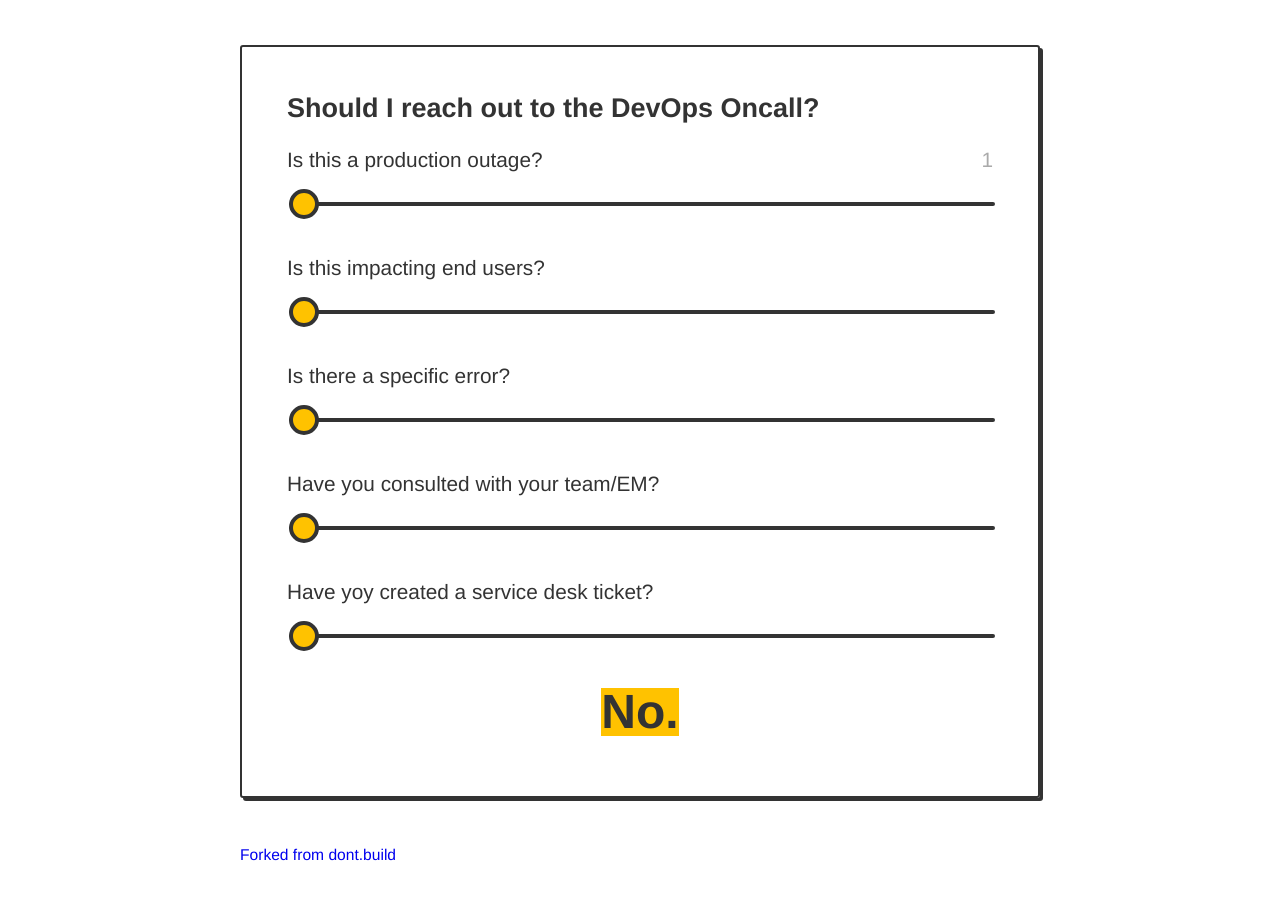
Repository: harishbsrinivas/dont.call
Page: index.html
These files come from the project's save history. The page is drawn as it stood at one moment and after the next save; the edit follows.
The browser window is 1280 px wide. The pictures show the whole page.

Above is the page before, as saved 2022-12-03 19:03:39.
Console error: TypeError: Cannot set properties of null (setting 'value')

### index.html
<!DOCTYPE html>
<html lang="en-US">

<head>
    <meta charset="utf-8" />
    <title>Should I reach out to the DevOps oncall?</title>
    <meta name="description"
        content="A simple, opinionated decision system to help decide whether to reach out to the Devops oncall?" />
    <link rel="shortcut icon" href="https://dont.build/favicon.png" />
    <meta property="og:image" content="https://dont.build/thumb.png">
    <meta name="viewport" content="width=device-width, initial-scale=1" />
    <link href="style.css?v=2" rel="stylesheet" type="text/css" />
</head>

<body>

    <div class="container">
        <section class="box">
            <h1 class="title">Should I reach out to the DevOps Oncall?</h1>
            <br />
            <form class="form">
                <fieldset class="p-outage">
                    <span class="value"></span>
                    <label>Is this a production outage?</label>
                    <input type="range" min="1" max="2" step="1" value="1" />
                </fieldset>
                <fieldset class="p-impact">
                    <span class="value"></span>
                    <label>Is this impacting end users?</label>
                    <input type="range" min="1" max="3" step="1" value="1" />
                </fieldset>
                <fieldset class="p-error">
                    <span class="value"></span>
                    <label>Is there a specific error?</label>
                    <input type="range" min="1" max="2" step="1" value="1" />
                </fieldset>
                <fieldset class="p-peers">
                    <span class="value"></span>
                    <label>Have you consulted with your team/EM?</label>
                    <input type="range" min="1" max="2" step="1" value="1" />
                </fieldset>
                <fieldset class="p-ticket">
                    <span class="value"></span>
                    <label>Have yoy created a service desk ticket?</label>
                    <input type="range" min="1" max="2" step="1" value="1" />
                </fieldset>
            </form>
            <h1 class="answer">
                <span><span class="bool"></span><span class="percent"></span></span>
            </h1>
        </section>

        <noscript>
            <h1>This page requires Javascript to function.</h1>
        </noscript>

        <footer><a href="https://github.com/knadh/dont.build">Forked from dont.build</a>
        </footer>
    </div>


    <script>
        (function () {
            const params = [
                { weight: 1, value: 1, negative: false, name: 'p-outage', },
                { weight: 0.8, value: 1, negative: false, name: 'p-imapact', },
                { weight: 0.2, value: 1, negative: false, name: 'p-error', },
                { weight: 0.7, value: 1, negative: false, name: 'p-peers', },
                { weight: 0.2, value: 1, negative: false, name: 'p-ticket', },
            ]

            params.forEach((p, n) => {
                let net = 0;
                const inp = document.querySelector(`.${p.name} input`);

                inp.value = p.value;
                inp.oninput = (e) => {
                    const val = parseFloat(e.target.value, 64);
                    document.querySelector(`.${p.name} .value`).innerText = val;
                    p.value = val;

                    // Sum all weighted params.
                    const sum = params.reduce((prev, pm) => {
                        let v = pm.value;
                        if (pm.negative) {
                            v = 10 - v;
                        }

                        return prev + (v / 10 * pm.weight);
                    }, 0);

                    // Display the results.
                    // document.querySelector(".answer .percent").innerText = `${(sum * 100).toFixed(0)}%`;

                    let b = 'Yes';
                    if (sum < 0.5 && sum > 0.46) {
                        b = `No, but a close call.`;
                    } else if (sum < 0.48) {
                        b = `No.`;
                    } else if (sum > 0.5 && sum < 0.54) {
                        b = `Yes, but a close call.`;
                    } else if (sum === 0.5) {
                        b = '50-50. Go with the gut.';
                    }
                    document.querySelector(".answer .bool").innerText = b;
                };

                inp.dispatchEvent(new Event('input'));
            });
        })();
    </script>

</body>

</html>

### style.css
:root {
    --primary: #ffc200;
    --secondary: #333;
}

* {
    box-sizing: border-box;
}

html, body {
    margin: 0;
}

body {
    font-family: 'Helvetica Neue', 'Segoe UI', Arial, sans-serif;
    font-size: 18px;
    line-height: 24px;
    color: var(--secondary);
    height: 100%;
    margin: 0;
    padding: 0;
}

h1, h2, h3 {
  line-height: 2rem;
}

a {
    text-decoration: none;
}

p {
  color: #666;
}

fieldset {
  padding: 0;
  margin: 0;
  border: 0;
}

input[type="range"] {
  -webkit-appearance: none;
  width: 100%;
  height: 4px;
  background: var(--secondary);
  border-radius: 3px;
}

input[type="range"]::-webkit-slider-thumb {
  -webkit-appearance: none;
  background: var(--primary);
  height: 30px;
  width: 30px;
  border-radius: 50%;
  cursor: pointer;
  border: 4px solid var(--secondary);
}

input[type="range"]::-moz-range-thumb {
  background: var(--primary);
  border-radius: 100%;
  height: 20px;
  width: 20px;
  cursor: pointer;
  border: 4px solid var(--secondary);
}

input[type=range]::-webkit-slider-runnable-track  {
  -webkit-appearance: none;
  box-shadow: none;
  border: none;
  background: transparent;
}


button {
    background: var(--primary);
    cursor: pointer;
    border-color: #000;
    padding: 10px 30px;
}
    button:hover {
        background: #aaa;
    }

.container {
    max-width: 800px;
    margin: 45px auto 30px auto;
}
.box {
    padding: 30px 45px;
    border: 1px solid #ddd;
    border-radius: 3px;
    border: 2px solid var(--secondary);
    box-shadow: 3px 3px 0px var(--secondary);
    margin-bottom: 45px;
}

.container .title {
  margin: 15px 0 0px 0;
}

.help {
  margin-top: 5px;
}

.form {
  clear: both;
}
.form fieldset {
  font-size: 1.3rem;
  margin-bottom: 45px;
}
  .form label {
    display: block;
    margin-bottom: 15px;
  }
  .form .value, .help {
    float: right;
    color: #aaa;
  }

.answer {
  text-align: center;
  margin: 30px 0;
  font-size: 3rem;
  line-height: 3rem;
}
  .answer span {
    display: inline-block;
    background: var(--primary);
  }

footer {
  margin: 30px auto;
  color: #999;
  font-size: 0.975rem;
}

@media (max-width: 800px) {
  .container {
    max-width: none;
    margin: 20px 30px 20px 20px;
    padding: 0;
  }
  .box {
    padding: 0;
    border: 0;
    box-shadow: none;
  }
  .help {
    float: none;
  }
  .form label {
    float: left;
    max-width: 90%;
  }
}


@media (max-width: 400px) {
  .form label {
    max-width: 70%;
  }
}

After the next save:
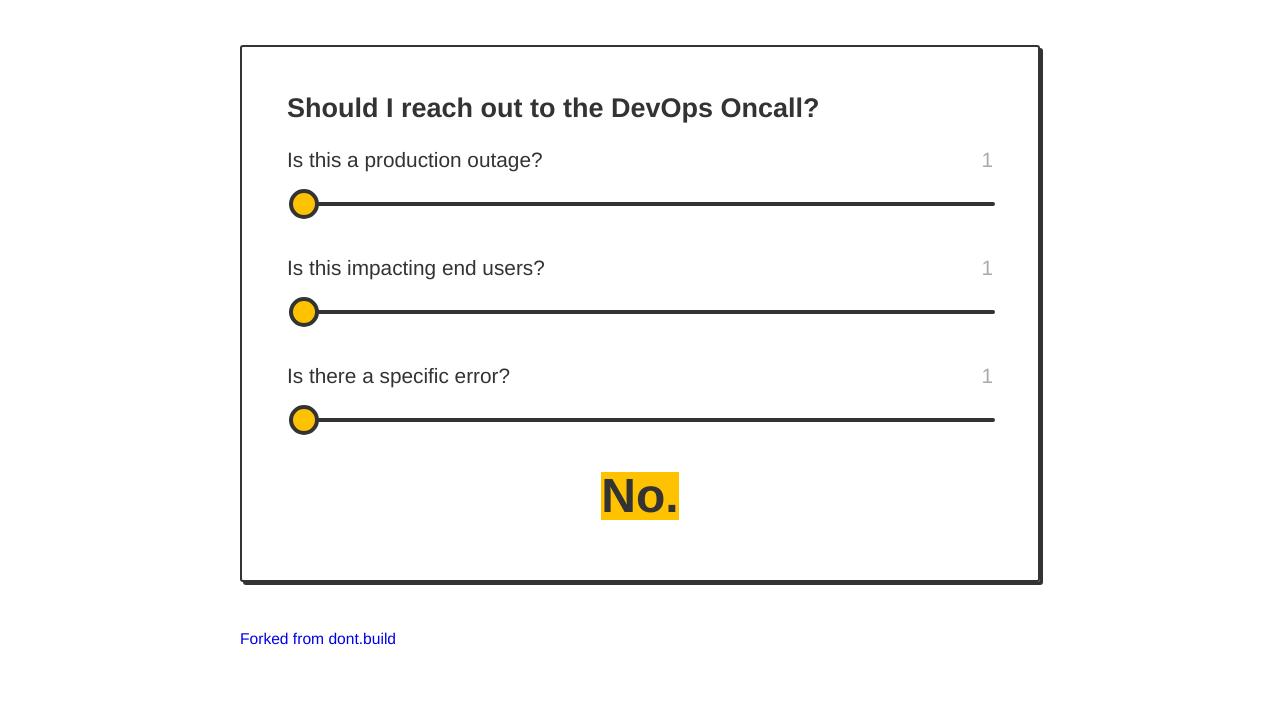
The error is gone.
Saved 34 s later.
--- a/index.html
+++ b/index.html
@@ -24,24 +24,14 @@
                     <label>Is this a production outage?</label>
                     <input type="range" min="1" max="2" step="1" value="1" />
                 </fieldset>
-                <fieldset class="p-impact">
+                <fieldset class="p-error">
                     <span class="value"></span>
                     <label>Is this impacting end users?</label>
                     <input type="range" min="1" max="3" step="1" value="1" />
                 </fieldset>
-                <fieldset class="p-error">
+                <fieldset class="p-ticket">
                     <span class="value"></span>
                     <label>Is there a specific error?</label>
-                    <input type="range" min="1" max="2" step="1" value="1" />
-                </fieldset>
-                <fieldset class="p-peers">
-                    <span class="value"></span>
-                    <label>Have you consulted with your team/EM?</label>
-                    <input type="range" min="1" max="2" step="1" value="1" />
-                </fieldset>
-                <fieldset class="p-ticket">
-                    <span class="value"></span>
-                    <label>Have yoy created a service desk ticket?</label>
                     <input type="range" min="1" max="2" step="1" value="1" />
                 </fieldset>
             </form>
@@ -63,10 +53,8 @@
         (function () {
             const params = [
                 { weight: 1, value: 1, negative: false, name: 'p-outage', },
-                { weight: 0.8, value: 1, negative: false, name: 'p-imapact', },
-                { weight: 0.2, value: 1, negative: false, name: 'p-error', },
-                { weight: 0.7, value: 1, negative: false, name: 'p-peers', },
-                { weight: 0.2, value: 1, negative: false, name: 'p-ticket', },
+                { weight: 2, value: 1, negative: false, name: 'p-error', },
+                { weight: 1, value: 1, negative: false, name: 'p-ticket', },
             ]
 
             params.forEach((p, n) => {
